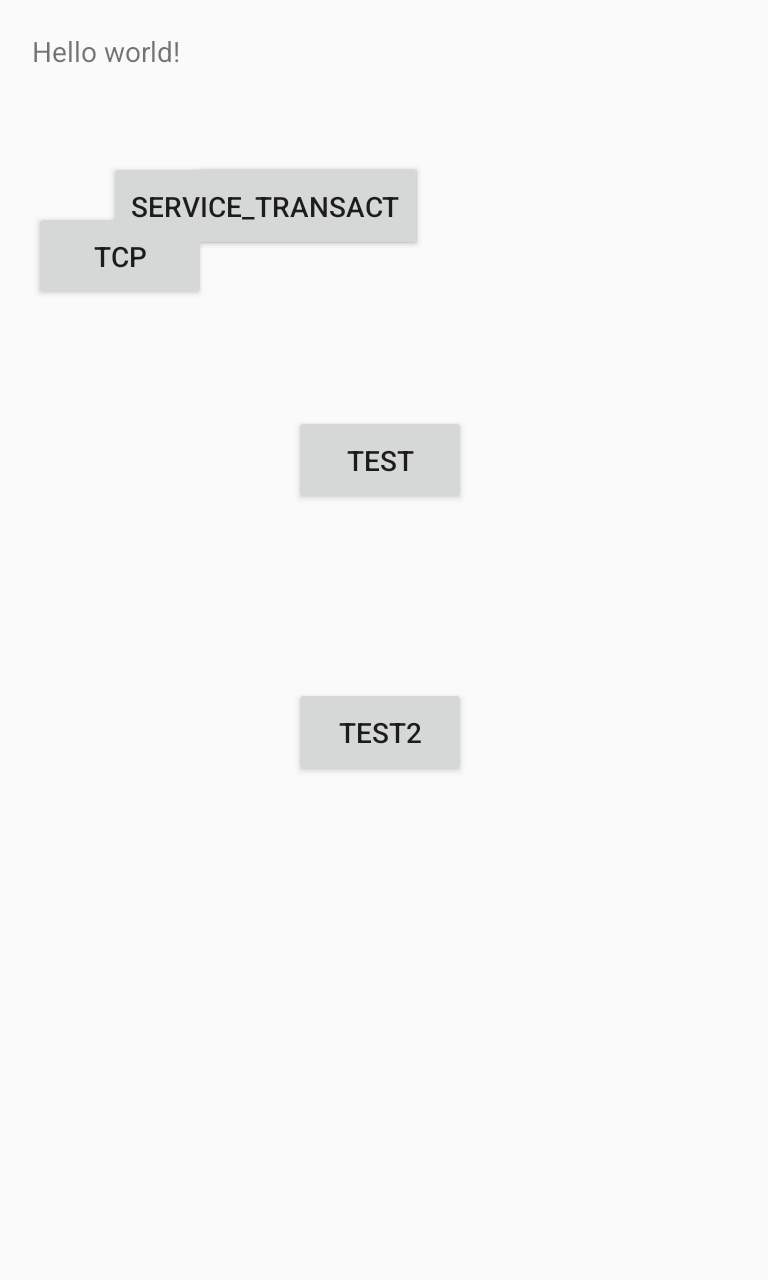
Repository: Chion82/WeFriends
Layout: AndroidTest/res/layout/activity_main.xml
These files come from the project's save history. The layout is drawn as it stood at one moment and after the next save; the edit follows.
It is drawn on a 768 x 1280 px phone screen (xhdpi) without system bars, with theme AppTheme; the app's code is not run.

Above is the layout before, as saved 2015-02-09 14:33:55.

### AndroidTest/res/layout/activity_main.xml
<RelativeLayout xmlns:android="http://schemas.android.com/apk/res/android"
    xmlns:tools="http://schemas.android.com/tools"
    android:layout_width="match_parent"
    android:layout_height="match_parent"
    android:paddingBottom="@dimen/activity_vertical_margin"
    android:paddingLeft="@dimen/activity_horizontal_margin"
    android:paddingRight="@dimen/activity_horizontal_margin"
    android:paddingTop="@dimen/activity_vertical_margin"
    tools:context="com.example.androidtest.MainActivity" >

    <TextView
        android:id="@+id/textView1"
        android:layout_width="wrap_content"
        android:layout_height="wrap_content"
        android:text="@string/hello_world" />

    <Button
        android:id="@+id/button1"
        android:layout_width="wrap_content"
        android:layout_height="wrap_content"
        android:layout_below="@+id/textView1"
        android:layout_marginLeft="56dp"
        android:layout_marginTop="171dp"
        android:layout_toRightOf="@+id/textView1"
        android:text="Test" />

    <Button
        android:id="@+id/button2"
        android:layout_width="wrap_content"
        android:layout_height="wrap_content"
        android:layout_alignLeft="@+id/button1"
        android:layout_below="@+id/button1"
        android:layout_marginTop="88dp"
        android:text="Test2" />

    <Button
        android:id="@+id/button3"
        android:layout_width="wrap_content"
        android:layout_height="wrap_content"
        android:layout_alignLeft="@+id/textView1"
        android:layout_below="@+id/textView1"
        android:layout_marginTop="69dp"
        android:text="TCP" />

    <Button
        android:id="@+id/button_bind_service"
        android:layout_width="wrap_content"
        android:layout_height="wrap_content"
        android:layout_alignRight="@+id/button1"
        android:layout_below="@+id/textView1"
        android:layout_marginRight="22dp"
        android:layout_marginTop="44dp"
        android:text="Bind Service" />

        <Button
        android:id="@+id/button_transact_service"
        android:layout_width="wrap_content"
        android:layout_height="wrap_content"
        android:layout_alignRight="@+id/button1"
        android:layout_below="@+id/textView1"
        android:layout_marginRight="22dp"
        android:layout_marginTop="44dp"
        android:text="Service_transact" />

</RelativeLayout>

### AndroidTest/res/values/strings.xml
<?xml version="1.0" encoding="utf-8"?>
<resources>

    <string name="app_name">AndroidTest</string>
    <string name="hello_world">Hello world!</string>
    <string name="action_settings">Settings</string>

</resources>

Loaded but not shown: AndroidTest/res/values/styles.xml (common file); AndroidTest/res/values-v11/styles.xml (common file); AndroidTest/res/values-v14/styles.xml (common file); AndroidTest/res/values/dimens.xml (common file); AndroidTest/res/values-w820dp/dimens.xml (common file)

After the next save:
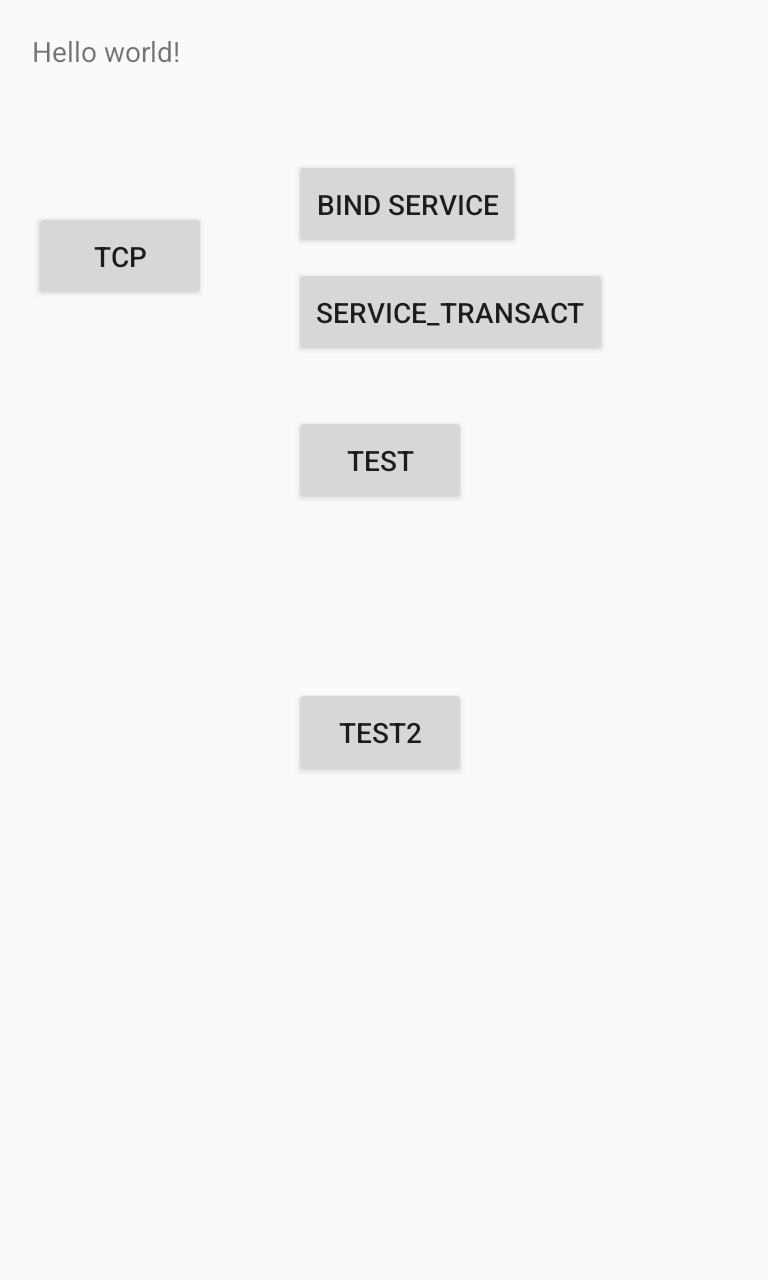
Saved 14 s later.
--- a/AndroidTest/res/layout/activity_main.xml
+++ b/AndroidTest/res/layout/activity_main.xml
@@ -42,24 +42,22 @@
         android:layout_marginTop="69dp"
         android:text="TCP" />
 
-    <Button
-        android:id="@+id/button_bind_service"
-        android:layout_width="wrap_content"
-        android:layout_height="wrap_content"
-        android:layout_alignRight="@+id/button1"
-        android:layout_below="@+id/textView1"
-        android:layout_marginRight="22dp"
-        android:layout_marginTop="44dp"
-        android:text="Bind Service" />
+        <Button
+            android:id="@+id/button_bind_service"
+            android:layout_width="wrap_content"
+            android:layout_height="wrap_content"
+            android:layout_alignBottom="@+id/button3"
+            android:layout_alignLeft="@+id/button_transact_service"
+            android:layout_marginBottom="26dp"
+            android:text="Bind Service" />
 
         <Button
-        android:id="@+id/button_transact_service"
-        android:layout_width="wrap_content"
-        android:layout_height="wrap_content"
-        android:layout_alignRight="@+id/button1"
-        android:layout_below="@+id/textView1"
-        android:layout_marginRight="22dp"
-        android:layout_marginTop="44dp"
-        android:text="Service_transact" />
+            android:id="@+id/button_transact_service"
+            android:layout_width="wrap_content"
+            android:layout_height="wrap_content"
+            android:layout_alignLeft="@+id/button1"
+            android:layout_alignTop="@+id/button3"
+            android:layout_marginTop="28dp"
+            android:text="Service_transact" />
 
 </RelativeLayout>
